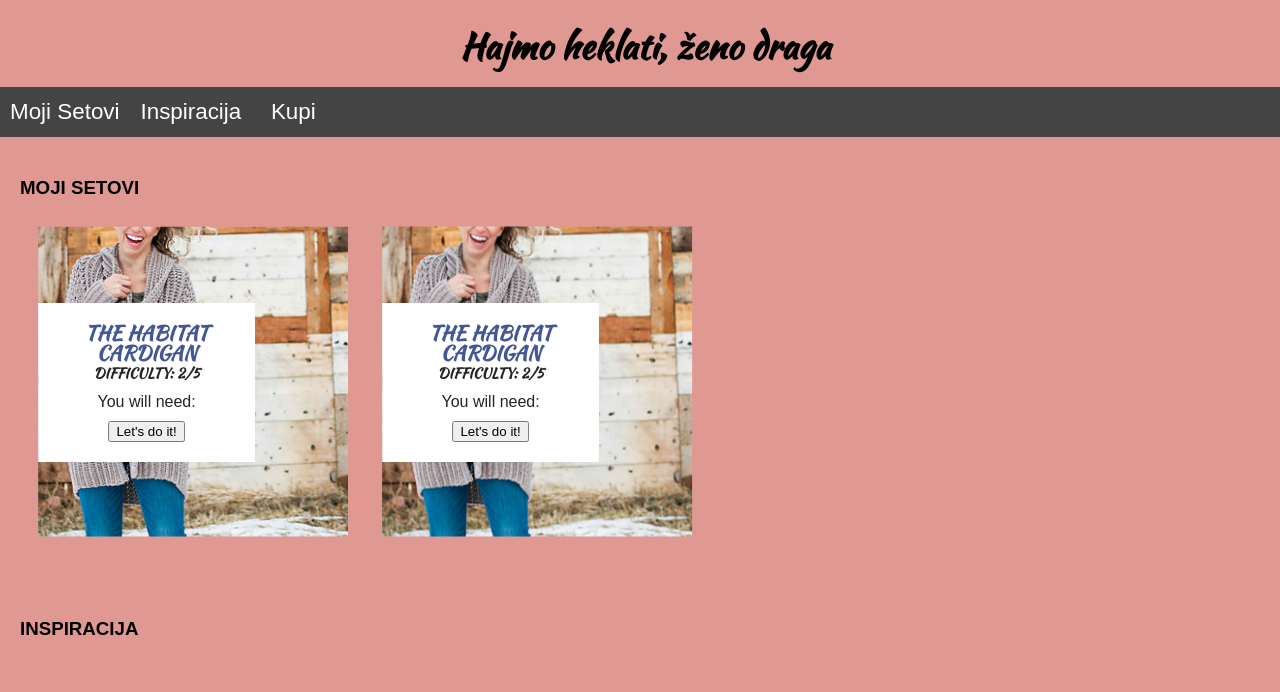
Repository: sdnc/Heklamo
Page: index.html
An editor plug-in stored every save of this project. The page is shown before and after the next save, followed by the edit.
The browser window is 1280 px wide. The pictures show the whole page.

Above is the page before, as saved 2020-12-24 14:55:17.
Console error: ReferenceError: $ is not defined

After the next save:
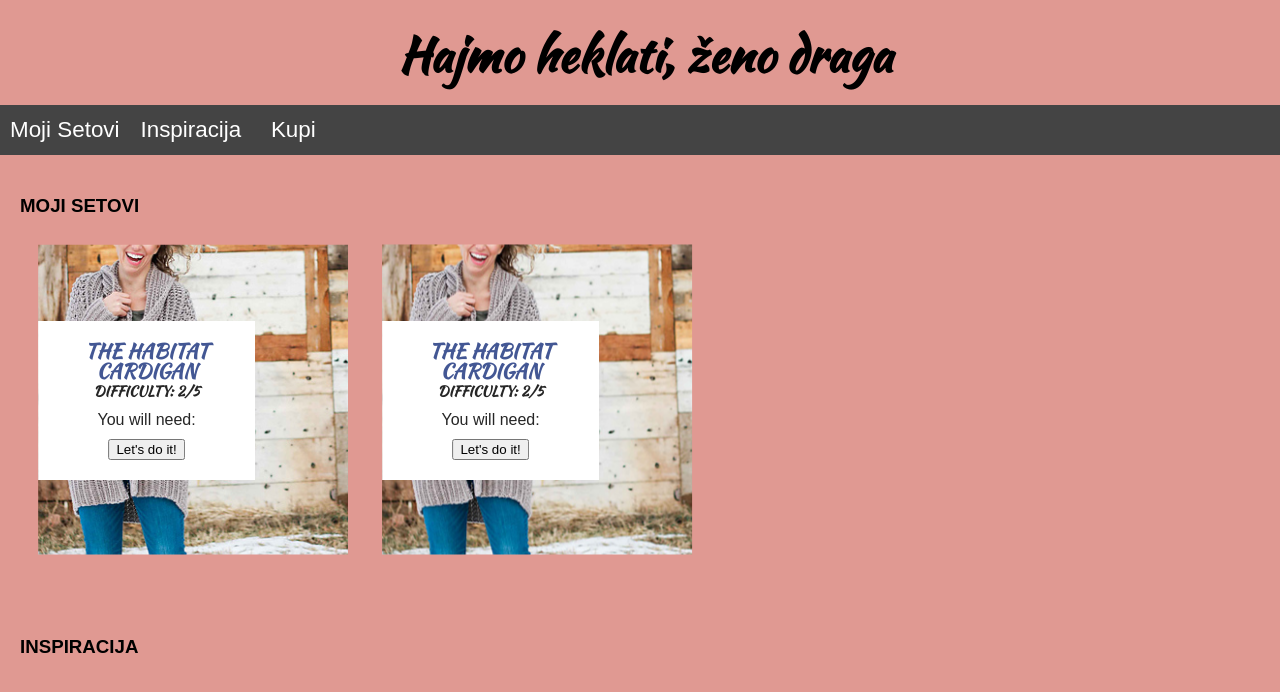
Saved 13 s later.
--- a/styles.css
+++ b/styles.css
@@ -11,7 +11,7 @@ body {
 
 h1 {
   font-family: "Kaushan Script", sans-serif;
-  font-size: 36;
+  font-size: 48;
   margin: 20px 0 15px 10px;
   text-align: center;
 }
